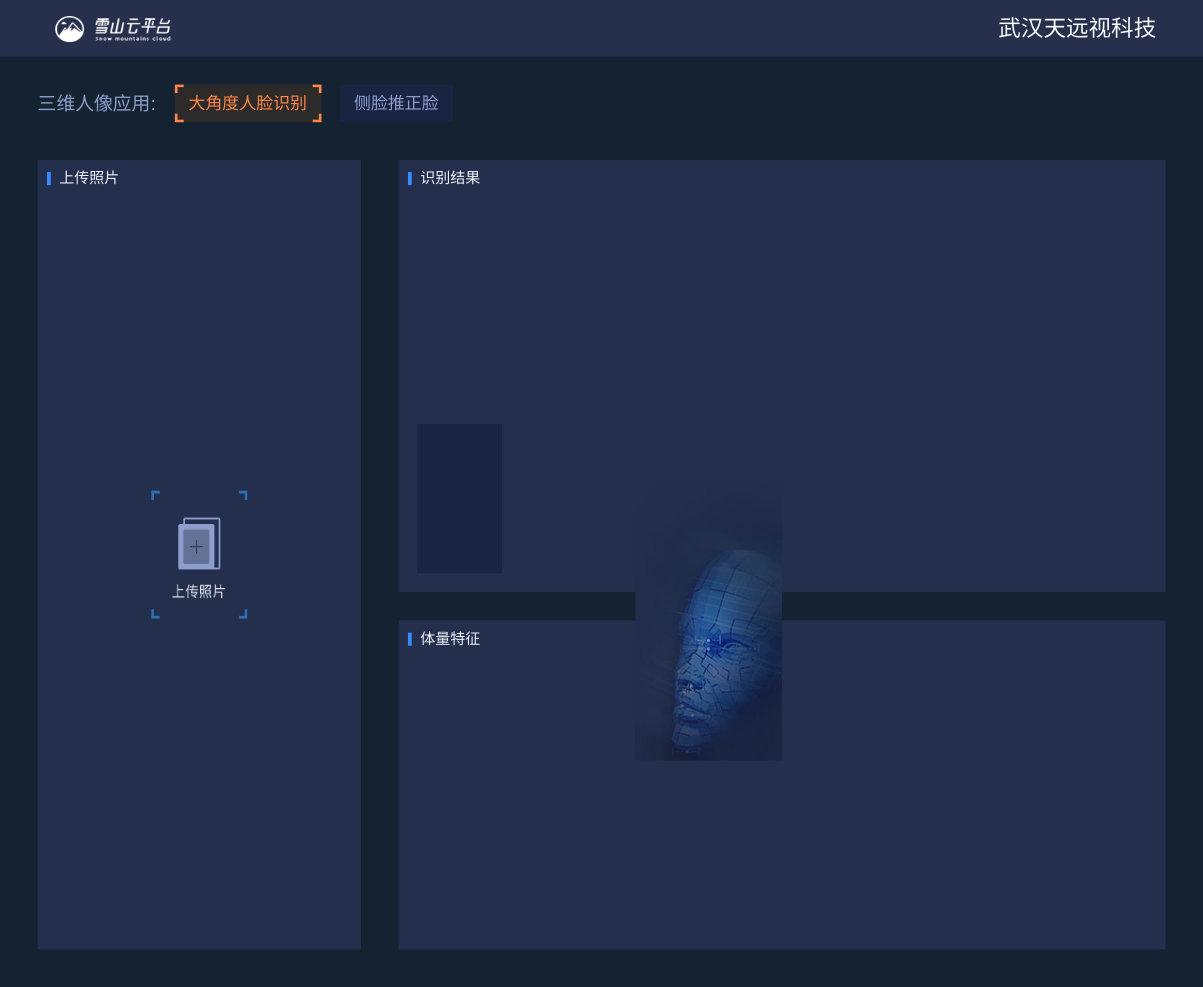
Repository: fyt2020/pubilcDemlo
Page: /
The author's editor kept a copy of each file at every save. The page is drawn from the files as they stood at one save, then again after the next save.
The browser window is 1280 px wide. The pictures show the whole page, at 94% of full size.
The project was rebuilt for these pictures with package versions that can differ from the ones it lists, and the page was loaded fresh each time.

Above is the page before, as saved 2020-04-28 17:08:40.

### index.html
<!DOCTYPE html>
<html>
  <head>
    <meta charset="utf-8">
    <meta name="viewport" content="width=device-width,initial-scale=1.0">
    <title>pubilcdemo</title>
    <link rel="shortcut icon" href="./static/farsee.ico" type="image/x-icon">
    <script src="./static/config.js"></script>
    <script src="./static/main.js"></script>
  </head>
  <body>
    <div id="app"></div>
    <!-- built files will be auto injected -->
  </body>
</html>

### src/main.js
// The Vue build version to load with the `import` command
// (runtime-only or standalone) has been set in webpack.base.conf with an alias.
import Vue from 'vue'
import App from './App'
import router from './router'
import '@/assets/css/reset.css'
import axios from '@/plugins/axios';

Vue.config.productionTip = false
Vue.prototype.$http = axios;
/* eslint-disable no-new */
new Vue({
  el: '#app',
  router,
  components: { App },
  template: '<App/>'
})

### src/assets/css/reset.css
@charset "UTF-8";
/**
 * @desc pc端常用reset.css
 * @author archer
 * @date 2018-08-26
 */
html,body,div,p,ul,li,dl,dt,dd,em,i,span,a,img,input,h1,h2,h3,h4,h5,nav,section,footer,header,table,tr,th,td,ul,li{margin:0;padding:0;box-sizing: border-box;}
h1,h2,h3,h4,h5,h6{font-weight:normal}
i,em,b{font-style:normal}
article,aside,details,figcaption,figure,footer,header,menu,nav,section {display: block;}
a,img,input {border:none;}
a {text-decoration:none;}
a:hover, a:active {outline: none;}
ul,li{list-style: none}
button,input,select,textarea{font-size:100%;outline:none}
table{border-collapse:collapse;border-spacing:0}
html, body {width: 100%;height: 100%;}
body{font-family:"Helvetica Neue",Helvetica, Arial,sans-serif; font-size: 14px;line-height:1}

### src/pages/Home.vue
<template>
  <div class="home">
      <div class="header">
           <div class="header__left">
                <img src="../assets/img/logo1.png" alt="" class="logo_img">
           </div>
           <div class="header__right">
                <span>武汉天远视科技</span>
           </div>
      </div>
      <div class="navigation">
            <span class="navigation__title">三维人像应用:</span>
            <router-link tag="li" :to="{name:'bigAngle'}" class="navigation__item">大角度人脸识别</router-link>
            <router-link tag="li" :to="{name:'face',params:{id:'self'}}" class="navigation__item">侧脸推正脸</router-link>
      </div>

      <div class="content">
         <router-view />
      </div>

  </div>
</template>

<script>
export default {
  data() {
    return {};
  },
  computed: {},
  created() {

  },
  mounted() {

  },
  methods: {

  },
  components: {}
};
</script>

<style lang="scss" scoped>
@import "@/assets/css/home.scss";
</style>

### src/pages/bigAngle.vue
<template>
  <div class="bigAngle">
    <div class="bigAngle__left">
      <div class="left__top">
        <div class="titleW" v-if="btnKey">
          <span class="titleW__one"></span>
          <span class="titleW__w">上传照片</span>
        </div>
        <img :src="uploadImgUrl" alt class="uploadImg" v-if="uploadImgUrl" />
        <img
          src="../assets/img/delete.png"
          alt
          class="delete__img"
          v-show="closeKey"
          @click="close"
        />
        <button class="btn" @click="uploadFile2" v-if="btnKey">
          <img src="../assets/img/midle.png" alt class="btn__bg" />
          <form
            name="fileList"
            id="fileList"
            action="uploadURL"
            method="POST"
            enctype="multipart/form-data"
            class="file"
          >
            <input
              type="file"
              hidden
              @change="beforeUploadFile2($event)"
              id="upload_file2"
              class="file-inp"
            />
          </form>
        </button>
      </div>
    </div>
    <div class="bigAngle__right">
      <div class="right__top">
        <div class="titleW">
          <span class="titleW__one"></span>
          <span class="titleW__w">识别结果</span>
        </div>

        <div class="recg__box">
          <img :src="angleImg[0].src" alt class="recg__item" />
        </div>
        <div id="WebGL-output"></div>
        <ul class="info__box" v-if="infoObj.collectNo">
          <li class="info__item">
            <span class="info__iteml">姓名:</span>
            <span class="info__itemr">{{infoObj.username}}</span>
          </li>
          <li class="info__item">
            <span class="info__iteml">性别:</span>
            <span class="info__itemr">{{infoObj.sex}}</span>
          </li>
          <li class="info__item">
            <span class="info__iteml">采集编号:</span>
            <span class="info__itemr">{{infoObj.collectNo}}</span>
          </li>

          <li class="info__item">
            <span class="info__iteml">证件号:</span>
            <span class="info__itemr">{{infoObj.idNo}}</span>
          </li>
          <li class="info__item">
            <span class="info__iteml">采集时间:</span>
            <span class="info__itemr">{{infoObj.time}}</span>
          </li>
        </ul>
      </div>
      <div class="right__bottom">
        <div class="titleW">
          <span class="titleW__one"></span>
          <span class="titleW__w">体量特征</span>
        </div>
        <div class="char__box">

                <img src="../assets/img/char1.jpg" alt class="char" v-if="!btnKey"/>
                <img src="../assets/img/char2.jpg" alt="" class="char2">

                 <ul class="tl__box" v-if="charData.length>0">
          <li class="tl__item" v-for="item in charData" :key="item.value">
            <span class="tl__iteml same">{{item.title}}:</span>
            <span class="tl__itemr same">{{Number(item.value).toFixed(2)}}</span>
          </li>
        </ul>

        </div>


      </div>
    </div>
  </div>
</template>

<script>
import axios from "axios";
export default {
  props: {},
  data() {
    return {
      btnKey: true,
      uploadImgUrl: "",
      closeKey: false,
      camera: null,
      renderer: null,
      boxHelper: null,
      animationId: null,
      modelObj: null,
      scene: null,
      infoObj: {
        collectNo: "",
        sex: "",
        time: "",
        idNo: ""
      },
      charData: [],
      angleImg: [
        {
          id: Math.floor(Math.random * 100),
          src: ``
        }
      ],

      source: 0
    };
  },
  computed: {},
  created() {},
  mounted() {},
  watch: {},
  methods: {
    close() {
      $("#WebGL-output").empty();
      this.uploadImgUrl = "";
      this.closeKey = false;
      this.btnKey = true;
      this.angleImg = [
        {
          id: Math.floor(Math.random * 100),
          src: ``
        }
      ];
      this.charData = [];
      (this.infoObj = {
        collectNo: "",
        sex: "",
        time: "",
        idNo: ""
      }),
        this.removeEntity(this.modelObj);
    },
    uploadFile2() {
      let file = document.getElementById("upload_file2");
      file.click();
    },
    beforeUploadFile2(e) {
      let VM = this;
      let files = e.target.files[0];
      let nameArr = e.target.files[0].name.split(".");
      let len = nameArr.length;
      let startName = e.target.files[0].name.split(".")[0];
      let endName = nameArr[len - 1];
      if (
        endName != "jpg" &&
        endName != "png" &&
        endName != "jpeg" &&
        endName != "JPG" &&
        endName != "PNG" &&
        endName != "JPEG"
      ) {
        VM.$Message.error(`上传图片格式不是jpg或png!`);
        return;
      }
      if (!files) {
        return;
      }
      this.btnKey = false;
      this.closeKey = true;
      let reader = new FileReader();
      reader.onloadend = function() {
        VM.uploadImgUrl = reader.result;
      };
      reader.readAsDataURL(files);
      this.angleImg = [
        {
          id: Math.floor(Math.random * 100),
          src: window.BASEURL.flieUrl +  `${startName}/${startName}_angle.jpg`
        }
      ];
      this.INIT($(".right__top").width(), $(".right__top").height(), startName);
      this.getInfo(startName);
    },

    INIT(width, height, name) {
      let VM = this;
      //场景构建
      VM.scene = new THREE.Scene();
      //相机构建
      VM.camera = new THREE.PerspectiveCamera(45, width / height, 0.1, 2000); //四个参数 视场角 方向 最近距 最远距  fov对应着图中的视角，是上下两面的夹角。aspect是近平面的宽高比。
      // camera.lookAt( new THREE.Vector3(0, 0, 0));
      //渲染器构建
      VM.renderer = new THREE.WebGLRenderer({
        antialias: true
      });

      //设置背景颜色
      VM.renderer.setClearColor(0x242f4d);
      //三个参数 width height updateStyle第三个选填
      VM.renderer.setSize(width, height);
      //激活阴影
      VM.renderer.shadowMapEnabled = true;
      //添加材质灯光阴影
      var ambiColor = "ffffff";
      var ambientLight = new THREE.AmbientLight(ambiColor);
      VM.scene.add(ambientLight);

      //添加坐标系
      // var axes = new THREE.AxisHelper(100);
      // scene.add(axes);

      //添加网格
      // var helper = new THREE.GridHelper( 1000, 50 ,0x0000ff, 0xff8080);
      // scene.add(helper);
      VM.boxHelper = new THREE.BoxHelper();

      var controls = new THREE.OrbitControls(VM.camera, VM.renderer.domElement);
      //controls.target = new THREE.Vector3(0, 0, 0);
      // 使动画循环使用时阻尼或自转 意思是否有惯性
      controls.enableDamping = true;
      //动态阻尼系数 就是鼠标拖拽旋转灵敏度
      controls.dampingFactor = 0.25;
      //是否可以缩放
      controls.enableZoom = true;
      //是否自动旋转
      controls.autoRotate = false;
      //设置相机距离原点的最近距离
      //controls.minDistance = 200;
      //设置相机距离原点的最远距离
      //controls.maxDistance = 600;
      //是否开启右键拖拽
      controls.enablePan = true;
      //上下旋转范围
      controls.minPolarAngle = 0;
      controls.maxPolarAngle = Math.PI * (90 / 180);
      //左右旋转范围
      controls.minAzimuthAngle = -Math.PI * (45 / 180);
      controls.maxAzimuthAngle = Math.PI * (45 / 180);

      controls.panSpeed = 0.2;
      controls.rotateSpeed = 0.1;
      //模型
      var onProgress = function(xhr) {
        // if (xhr.lengthComputable) {
        //   //可计算的长度
        //   var percentCompvare = (xhr.loaded / xhr.total) * 100; //加载程度百分比
        //   var elem = document.getElementById("myBar");
        //   var width = parseInt(percentCompvare);
        //   elem.style.width = width + "%";
        //   $(".loading").text("正在下载:" + parseInt(percentCompvare) + "%");
        // }
      };
      var onError = function(xhr) {
        // $(".loading")
        //   .show()
        //   .text("下载失败");
        return;
      };

      var modelPath = window.BASEURL.flieUrl +  `${name}`;
      var objLoader = new THREE.OBJLoader2();
      var callbackOnLoad = function(event) {
        VM.modelObj = event.detail.loaderRootNode;
        VM.modelObj.name = `${name}`;
        VM.modelObj.scale.set(1.9, 1.9, 1.9);
        VM.modelObj.children[0].geometry.computeBoundingBox();
        VM.modelObj.rotation.x = THREE.Math.degToRad(-88);
        VM.modelObj.children[0].geometry.center();
        VM.boxHelper.setFromObject(VM.modelObj);
        let center = VM.boxHelper.geometry.boundingSphere.center;
        let radius = VM.boxHelper.geometry.boundingSphere.radius;
        let cameraPos = new THREE.Vector3(
          center.x + VM.modelObj.position.x,
          center.y + VM.modelObj.position.y,
          radius * 2.2 + center.z + VM.modelObj.position.z
        );
        let lookPos = new THREE.Vector3(
          center.x + VM.modelObj.position.x,
          center.y + VM.modelObj.position.y,
          center.z + VM.modelObj.position.z
        );
        VM.camera.position.copy(cameraPos);
        controls.target = lookPos;
        VM.camera.lookAt(lookPos);
        VM.scene.add(VM.modelObj);
      };
      let typeObj = VM.source == "1" ? "textured" : "cut";
      objLoader.loadMtl(modelPath + `/${typeObj}_mesh.mtl`, null, function(
        materialCreator
      ) {
        materialCreator[`${typeObj}_mesh`].opacity = 1; // new THREE.Color(1,1,1)
        objLoader.setMaterials(materialCreator);
        objLoader.setLogging(true, true);
        objLoader.load(
          modelPath + `/${typeObj}_mesh.obj`,
          callbackOnLoad,
          onProgress,
          onError,
          null,
          false
        );
      });
      VM.camera.lookAt(VM.scene.position);
      //在页面上添加渲染器，dom元素
      $("#WebGL-output").append(VM.renderer.domElement);
      renderScene();
      VM.getModelTxt(name);
      function renderScene() {
        var clock = new THREE.Clock();
        var delta = clock.getDelta(); //三角点
        controls.update();
        VM.camera.updateProjectionMatrix();
        VM.animationId = requestAnimationFrame(renderScene); //请求动画框架
        VM.renderer.render(VM.scene, VM.camera);
      }
    },
    getModelTxt(name) {
      let VM = this;
      let id = new Date().getTime();
      let params = {
        headers: {
          "Content-Type": "text/plain;charset=utf-8"
        },
        responseType: "text/json",
        inCharset: "utf-8",
        outCharset: "utf-8",
        timeout: 30000,
        random: id
      };
      axios
        .get(window.BASEURL.flieUrl + `${name}/face_points_distance.txt`)
        .then(function(res) {
          let newData = res.data.split("\r\n");
          let len = newData.length;
          for (var i = 0; i < len; i++) {
            if (newData[i]) {
              let obj = {};
              let k = newData[i].split(":")[0];
              let v = newData[i].split(":")[1];
              obj["title"] = k;
              obj["value"] = v;
              VM.charData.push(obj);
            }

            console.log(VM.charData);
          }
        })
        .catch(function(error) {
          console.log(error);
        });
    },
    getInfo(name) {
      let VM = this;
      this.$http.api
        .get(window.BASEURL.flieUrl + `${name}/${name}.json`)
        .then(function(res) {
          if (res.data.code === 0) {
            let data = res.data.result;
            VM.infoObj = data;
          }
        })
        .catch(function(error) {
          console.log(error);
        });
    },
    //移除模型
    removeEntity(object) {
      let selectedObject = this.scene.getObjectByName(object.name);
      // console.log('renderer.renderLists',this.renderer.renderLists)
      selectedObject.traverse(function(item) {
        if (item instanceof THREE.Mesh) {
          item.geometry.dispose(); //删除几何体
          //item.material.dispose(); //删除材质
          if (Array.isArray(item.material)) {
            item.material.forEach(function(i) {
              i.dispose(); //删除材质
            });
          } else {
            item.material.dispose();
          }
        }
      });
      this.scene.remove(selectedObject);
      this.renderer.dispose();
      this.renderer.clear();
      this.renderer.renderLists.dispose();
      this.modelObj = null;
      THREE.Cache.clear();
    }
  },
  beforeDestroy() {
    this.removeEntity(this.modelObj);
  },
  components: {}
};
</script>

<style scoped lang="scss">
@import "@/assets/css/bigAngle.scss";
</style>

### src/assets/css/home.scss

@import "@/assets/css/func.scss";
.home{
    font-size: 20px;
    width: 100vw;
    height: 100vh;
    background-color: #142232;
    .header{
        width: 100%;
        height: 60px;
        background-color: #262f4b;
        display: flex;
        align-items: center;
        color:  #f8faff;;
        justify-content: space-between;
        padding: 0 50px;
        font-size: 24px;
        .header__left{
            height: 100%;
            display: flex;
            align-items: center;
            .logo_img{
                width: 141px;
                height: 35px;
            }
        }
        .header__right{
            height: 100%;
            display: flex;
            align-items: center;
        }
    }
    .navigation{
        width: 100%;
        height: 40px;
        display: flex;
        align-items: center;
        box-sizing: border-box;
        background-color: #142232;
        color:  #8c9ecb;
        padding: 0 40px;
        margin-top: 30px;
        .navigation__title{
            margin-right: 20px;
        }
        &__item{
            height: 40px;
            line-height: 40px;
            box-sizing: border-box;
            padding: 0 15px;
            margin-right: 20px;
            font-size: 18px;
            color: #8c9ecc;
            background-color:  #1a2342;
        }
        &__item.exactActive{
             display: flex;
             color: #ff8748;
             background: url('../#{$img}/qhbtn.png') no-repeat center;
             background-size: 100% 100%;

        }
    }
    .content{
        width: 100%;
        padding: 40px;
        background-color: #142232;
    }
}

### src/assets/css/func.scss
// @function px2Rem($px, $base-font-size: 19.2px) {
//     @if (unitless($px)) { //有无单位
//       @return ($px / 19.2) * 1rem;
//     } @else if (unit($px) == em) {
//       @return $px;
//     }
//     @return ($px / $base-font-size) * 1rem;
// }

$img:"/assets/img";

### src/assets/css/bigAngle.scss
.bigAngle{
     display: flex;
     width: 100%;
     height: 100%;
     .titleW{
        position: absolute;
        height: 20px;
        line-height: 20px;
        left: 10px;
        top:10px;
        display: flex;
        align-items: center;
        color:  #edf0fa;
        font-size: 16px;
        .titleW__one{

           width: 4px;
           height: 14px;
           margin-right: 9px;
           background-color: #388cff;
        }
    }
     .bigAngle__left{
        width: 994px;
        height: 840px;
        margin-right: 40px;
        display: flex;
        flex-direction: column;
        background-color: #242f4d;
        .left__top{
             width: 100%;
             height: 100%;
            //  margin-bottom: 20px;
             display: flex;
             align-items: center;
             justify-content: center;
             position: relative;
             .uploadImg{
                height: 100%;
             }

             .delete__img{
                position: absolute;
                width: 36px;
                height: 36px;
                right: 20px;
                top:20px;
                transition: all 0.1 linear;
                z-index: 2100;
                cursor: pointer;
             }
             .btn{
                 position: absolute;
                 outline: none;
                 position: relative;
                 border: none;
                 background: transparent;
                //  border-style: solid;
                //  border-width: 2px;
                //  border-image-source: linear-gradient(0deg,#1a5fff 0%, #5f8ffd 100%);
                //  border-image-slice: 1;
                 width: 114px;
                 height: 138px;
                //  line-height: 30px;
                //  color: #1a5fff;
                //  border-radius: 6px;
                 z-index: 9999;
                 cursor: pointer;
                 .btn__bg{
                     width: 100%;
                     height: 100%;
                 }
             }
        }
        .left__bottom{
            width: 100%;
            height: 15%;
            border: 1px solid black;
            .left__bottom{

            }

        }
     }
     .bigAngle__right{
        width: 816px;
        height: 840px;


        .right__top{

            width: 100%;
            height: 460px;
            position: relative;
            margin-bottom: 30px;
            background-color: #242f4d;

            .recg__box{

                display: flex;
                position: absolute;
                width: 90px;
                left: 20px;
                bottom: 20px;
                background-color: #1a2342;;
                height: 159px;
                align-items: center;
                justify-content: flex-start;
                .recg__item{
                    height: 100%;
                }
            }
            #WebGL-output{
                width: 815px;
                height: 460px;
            }
            .info__box{
                position: absolute;
                right: 20px;
                bottom: 20px;
                width: 238px;
                height: 158px;
                background-color: #1a2342;
                padding: 15px;
                display: flex;
                flex-direction: column;
                justify-content: space-around;
                align-content: space-around;
                font-size: 14px;
                color: #edf0fa;


            }
        }
        .right__bottom{
            background-color: #242f4d;
            width: 100%;
            height: 350px;
            position: relative;
            .char__box{
                position: relative;
                width: 816px;
                height: 298px;
                z-index: 1;
                transform: translate(-50%,-50%);
                .char2{
                    position: absolute;
                    right: 0;
                    bottom: 0;
                }

            }
            .char{


            }
            .tl__box{
                display: flex;
                position: absolute;
                z-index: 10;
                width: 100%;
                height: 100%;


                .tl__item{
                    display: flex;
                    align-items: center;
                    position: absolute;
                    font-size: 15px;
                    color: #edf0fa;
                    letter-spacing: 1px;

                    &:nth-of-type(1){
                        left: 43%;
                        top:17%

                    }
                    &:nth-of-type(2){
                        left: 32%;
                        top:30%
                    }
                    &:nth-of-type(3){

                        left: 43%;
                        top:40%
                    }
                    &:nth-of-type(4){

                        left: 43%;
                        top:50%
                    }
                    &:nth-of-type(5){

                        left: 43%;
                        top:59%
                    }
                    &:nth-of-type(6){

                        left: 43%;
                        top:68%
                    }
                    &:nth-of-type(7){

                        left: 43%;
                        top:77%
                    }
                    &:nth-of-type(8){

                        left: 43%;
                        top:86%
                    }






                }
            }


        }

     }
}

### static/config.js
window.BASEURL = {
     //flieUrl:`http://192.168.1.199:8080/recg/static/data/`
     flieUrl:`../../static/data/`
};

Loaded but not shown: src/App.vue (common file); src/plugins/axios.js (library); src/router/index.js (42 lines, source omitted)

After the next save:
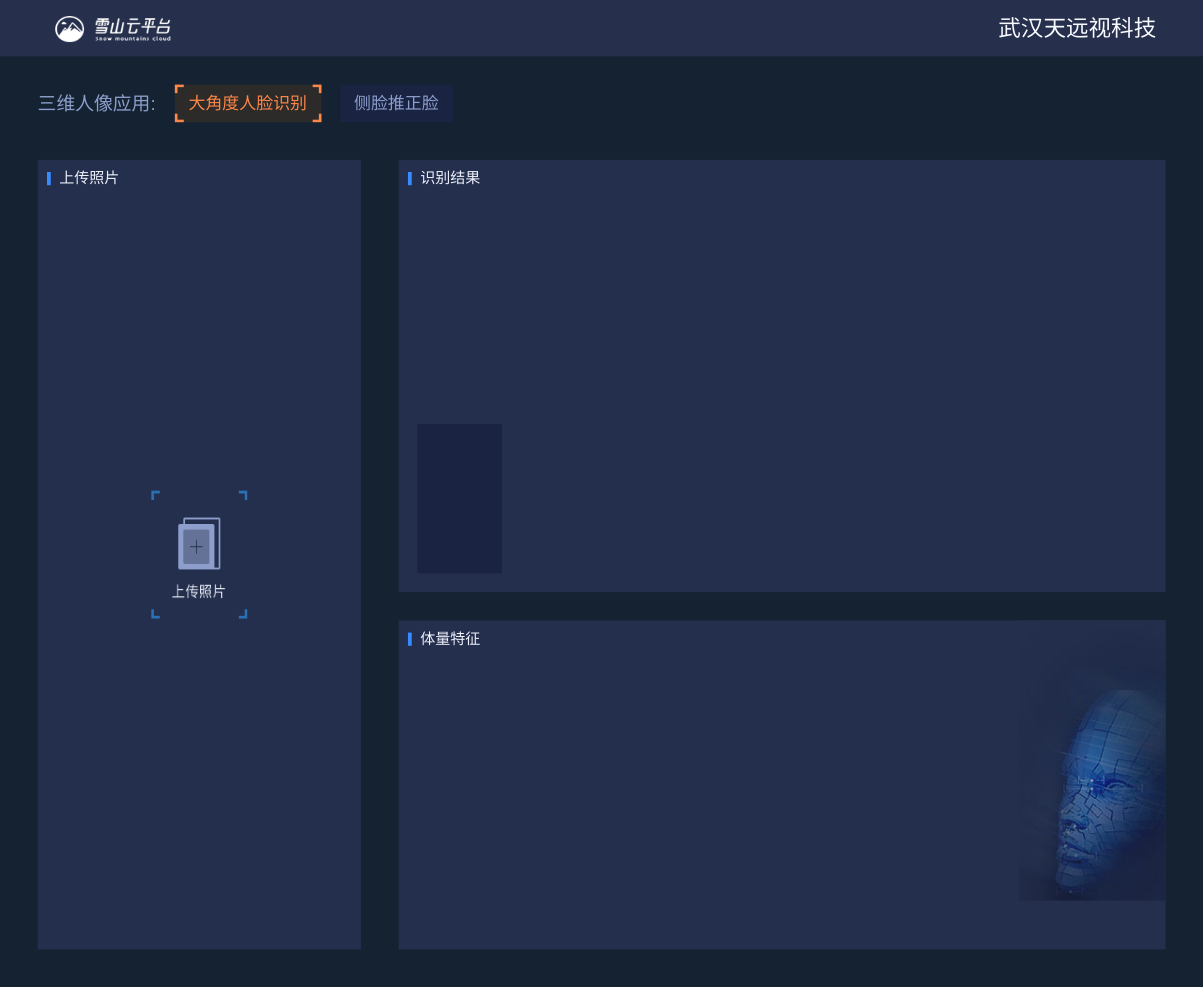
Saved 22 s later.
--- a/src/assets/css/bigAngle.scss
+++ b/src/assets/css/bigAngle.scss
@@ -142,7 +142,7 @@
                 width: 816px;
                 height: 298px;
                 z-index: 1;
-                transform: translate(-50%,-50%);
+
                 .char2{
                     position: absolute;
                     right: 0;
